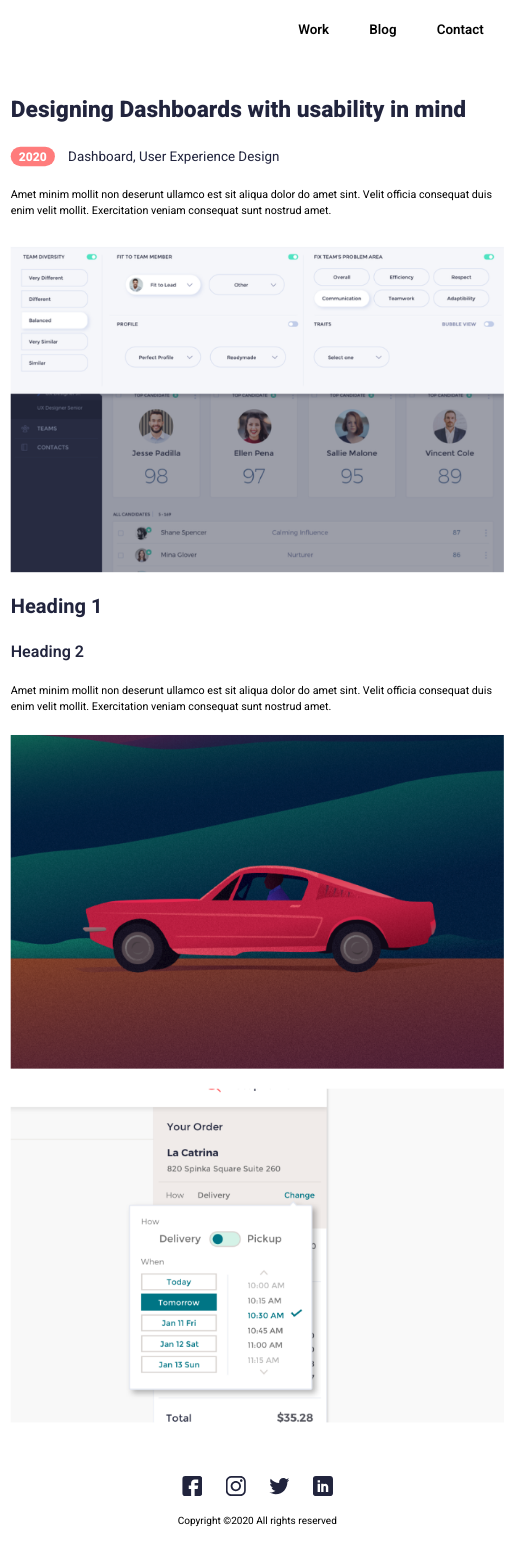
Repository: sharma171/portfolio
Page: /detailed
The author's editor kept a copy of each file at every save. The page is drawn from the files as they stood at one save, then again after the next save.
The browser window is 768 px wide. The pictures show the whole page, at 67% of full size.
The project was rebuilt for these pictures with package versions that can differ from the ones it lists, and the page was loaded fresh each time. The framework's server and built-in components were replaced by stand-ins that run in the browser. Also part of the build but not shown: next.config.mjs.

Above is the page before, as saved 2024-06-02 22:31:21.

After the next save:
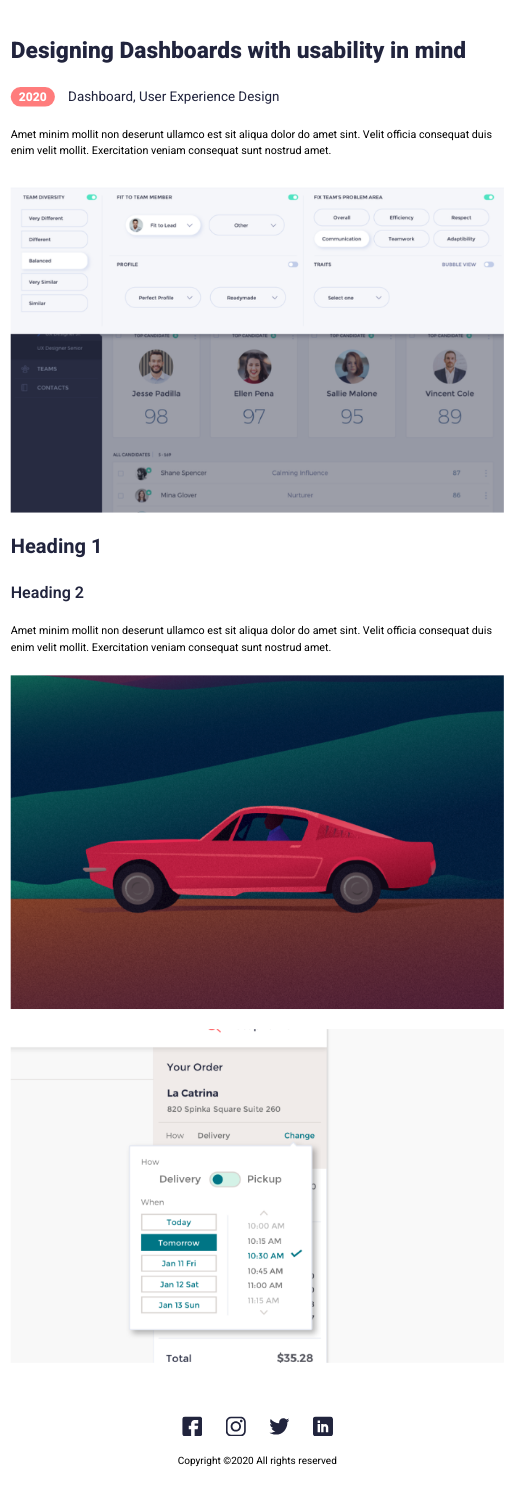
Saved 55 s later.
--- a/src/app/globals.css
+++ b/src/app/globals.css
@@ -97,5 +97,7 @@ footer .footer-inner .copyright {
   display: none;
 }
 @media (max-width: 991px) {
-
+  .navMenu {
+    display: none;
+  }
 }
